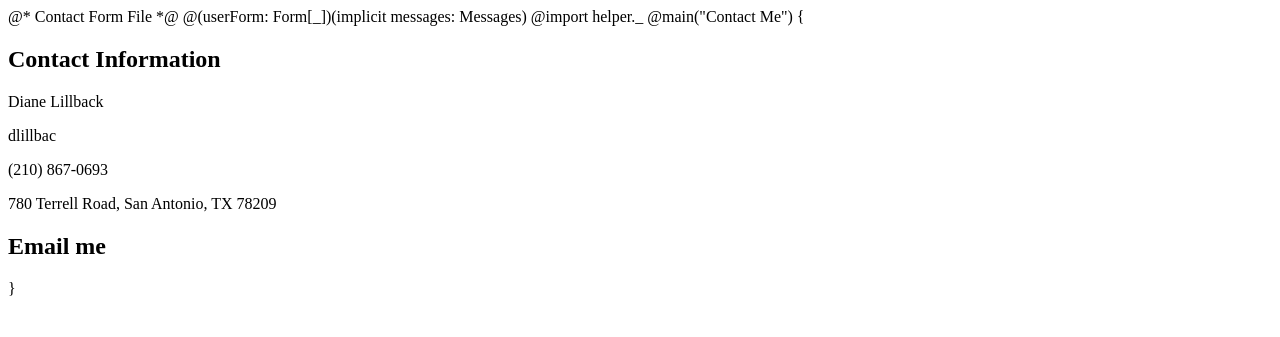
Repository: arthurfeeney/Interior-Design
Page: server/app/views/contact.scala.html
An editor plug-in stored every save of this project. The page is shown before and after the next save, followed by the edit.
The browser window is 1280 px wide. The pictures show the whole page.

Above is the page before, as saved 2019-03-31 20:01:42.

### server/app/views/contact.scala.html
@* Contact Form File *@
@(userForm: Form[_])(implicit messages: Messages)

@import helper._

@main("Contact Me") {
<h2> Contact Information</h2>
<p>
  Diane Lillback
</p>
<p>
  dlillbac
</p>
<p>
  (210) 867-0693
</p>
<p>
  780 Terrell Road, San Antonio, TX 78209
</p>

<h2> Email me</h2>


}

After the next save:
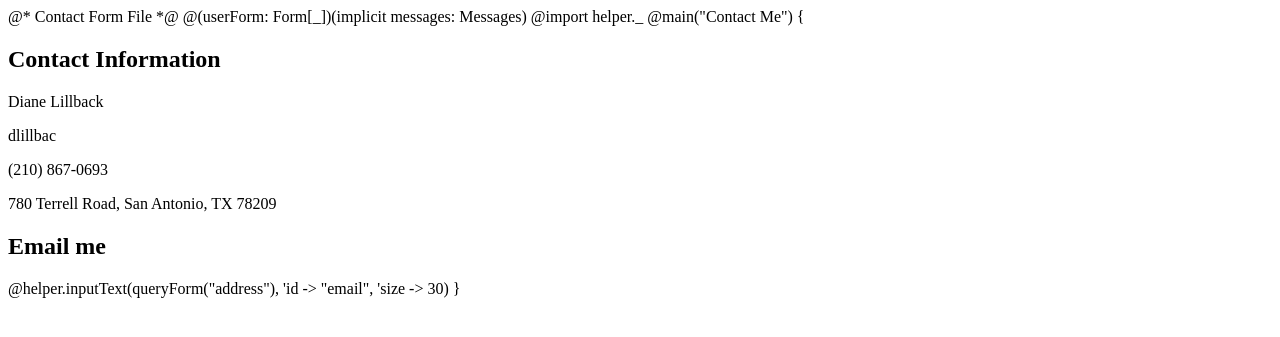
Saved 77 s later.
--- a/server/app/views/contact.scala.html
+++ b/server/app/views/contact.scala.html
@@ -21,4 +21,6 @@
 <h2> Email me</h2>
 
 
+@helper.inputText(queryForm("address"), 'id -> "email", 'size -> 30)
+
 }
